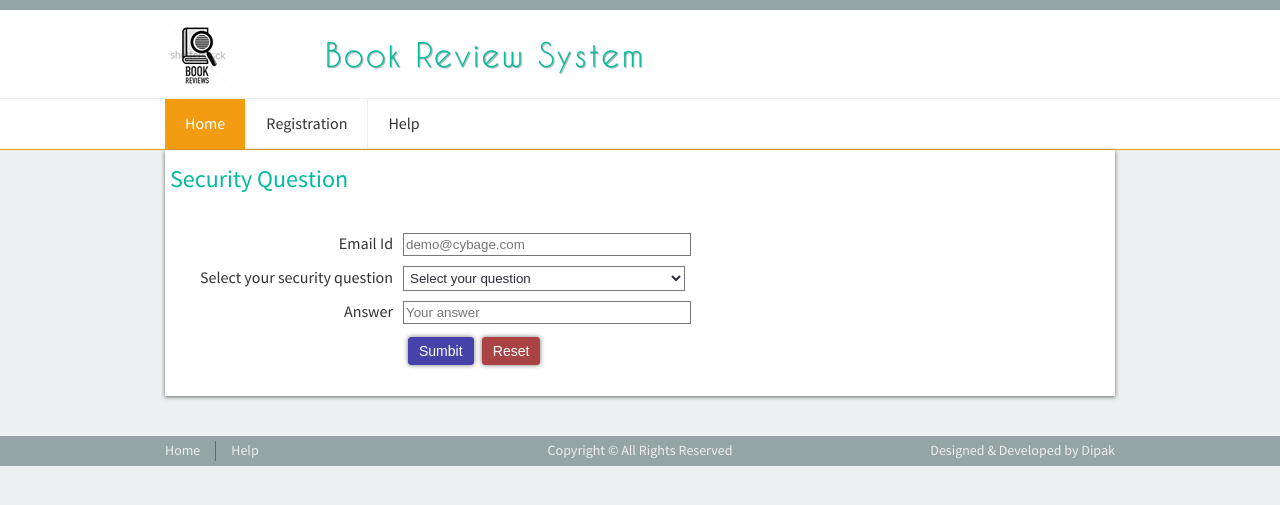
Repository: dipaksh/MyMiniProject
Page: http://localhost/BookReviewSystem/resetpassword.jsp
These files come from the project's save history. The page is drawn as it stood at one moment and after the next save; the edit follows.
The browser window is 1280 px wide. The pictures show the whole page.
The page is served by Tomcat 9. Other server files are loaded and not shown.

Above is the page before, as saved 2016-09-20 13:38:12.

### LastDayDestiny/BookReviewSystem/WebContent/resetpassword.jsp

<!DOCTYPE html PUBLIC "-//W3C//DTD XHTML 1.0 Transitional//EN" "http://www.w3.org/TR/xhtml1/DTD/xhtml1-transitional.dtd">
<html xmlns="http://www.w3.org/1999/xhtml">

	<head>
		<meta content="text/html; charset=utf-8" http-equiv="Content-Type" />

		<title>Book Review System</title>
		<link rel="stylesheet" type="text/css" href="css/960_24_col.css" />
		<link rel="stylesheet" type="text/css" href="css/fonts.css" charset="utf-8" />
		<link href="css/validationEngine.jquery.css" rel="stylesheet" type="text/css" />
		<link rel="stylesheet" type="text/css" href="css/style.css" />
		<link rel="stylesheet" type="text/css" href="css/forms.css" />
		<script type="text/javascript" src="js/jquery-1.8.3.min.js"></script>
		<script src="js/jquery-ui-1.9.2.custom.min.js" type="text/javascript"></script>
		<script src="js/jquery.validationEngine.js" type="text/javascript"></script>
		<script src="js/jquery.validationEngine-en.js" type="text/javascript"></script>
		<script type="text/javascript" src="js/jquery.bxslider.min.js"></script>
		<script type="text/javascript" src="js/jquery.prettyPhoto.js"></script>
		<script type="text/javascript" src="js/custom.js"></script>
		<script type="text/javascript">
		var relTag = "home";
		</script>
	</head>
<body>
	<!-- HEADER START -->
	<div class="header">
	<div class="dark-nav">
			<div class="container_24">
				<div class="grid_12">
					<ul class="nav-alt">
					<li>

						<a href=""><b></b></a>
					</ul>
				</div>
				<div class="grid_12">

				</div>
				<div class="clear"></div>
			</div>
		</div>

		<div class="container_24">
			<div class="grid_4">
				<img alt="logo" src="images/bookreview.png" class="img-logo" />
			</div>
			<div class="grid_20">
				<h1 class="title">Book Review System</h1>
			</div>
			<div class="clear"></div>
		</div>

		<div class="nav-main-container">
			<div class="container_24">
				<div class="grid_24">
					<ul id="topmenunav" class="nav-main">
						<li><a rel="home" href=""index.jsp"">Home</a></li>
						<li><a rel="citizen" href="registration.jsp">Registration</a></li>
						<li><a rel="help" href="help.html">Help</a></li>
					</ul>
				</div>
				<div class="clear"></div>
			</div>
		</div>
	</div>
	<!-- HEADER END -->


	<!-- CONTENTS START -->
	<div class="container_24">
		<div class="grid_24">
			<div class="contents">

			<div class="grid_18 omega">
						 &nbsp;&nbsp;<h2>Security Question</h2>
							<div class="padding_20 text-justify">
								<form id="frmMain" class="frmMain" action="ResetPasswordServlet" method="post">
									<table class="form-table" style="width:auto">
									<tr>
											<th>
												Email Id
											</th>
											<td>
												<input id="email" type="text"  class="validate[required]" name="email" style="width:120%" placeholder="demo@cybage.com" value="" onChange="verifyemailid()" />

											</td>

										</tr>

										<tr>
											<th>
												Select your security question
											</th>

											<td>
													<select id="Select3" class="validate[required]"  style="width:120%" name="selectsecquestion">
														<option value="">Select your question</option>
														<option value="nick name">What is your nick name?</option>
                                              			<option value="schoolname">What is your primary school name?</option>
                                                  		<option value="grandfathername">What is your grand father name?</option>
                                                  		<option value="firstmobileno">What is your first mobile number?</option>

		                         				</select>
											</td>

										</tr>
										<tr>
											<th>
												Answer
											</th>
											<td>
												<input id="answer" type="text"  class="validate[required]" name="answer" style="width:120%" placeholder="Your answer" value=""  />
											</td>

										</tr>
										<tr>
											<th>
												&nbsp;
											</th>
											<td>
												<input id="Submit1" type="submit" value="Sumbit"  />
												<input id="Reset1" type="reset" value="Reset" onclick="this.form.clear();" />
											</td>
										</tr>
									</table>
								</form>
							</div>
						</div>

					<div class="clear"></div>
					</div>
				</div>
			</div>

				<div class="clear"></div>
				<div class="padding_20 text-justify">

				</div>

		</div>
	</div>
	<!-- CONTENTS END -->



	<!-- FOOTER START -->
	<div class="dark-nav footer">
		<div class="container_24">
			<div class="grid_8">
				<ul class="nav-alt">
					<li><a href=""index.jsp"">Home</a></li>
					<li><a href="#">Help</a></li>
				</ul>
			</div>
			<div class="grid_8">
				<div class="text-center">Copyright &copy; All Rights Reserved</div>
			</div>
			<div class="grid_8">
				<div class="text-right">Designed &amp; Developed by Dipak</div>
			</div>
			<div class="clear"></div>
		</div>
	</div>
	<!-- FOOTER START -->


</body>

</html>

### LastDayDestiny/BookReviewSystem/WebContent/css/fonts.css
@font-face {
    font-family: 'entypo';
    src: url('../fonts/entypo.eot');
    src: url('../fonts/entypo.eot?#iefix') format('embedded-opentype'),
         url('../fonts/entypo.woff') format('woff'),
         url('../fonts/entypo.ttf') format('truetype'),
         url('../fonts/entypo.svg#entypo') format('svg');
    font-weight: normal!important;
    font-style: normal!important;
}

@font-face {
    font-family: 'source_sans_proregular';
    src: url('../fonts/sourcesanspro-regular-webfont.eot');
    src: url('../fonts/sourcesanspro-regular-webfont.eot?#iefix') format('embedded-opentype'),
         url('../fonts/sourcesanspro-regular-webfont.woff') format('woff'),
         url('../fonts/sourcesanspro-regular-webfont.ttf') format('truetype'),
         url('../fonts/sourcesanspro-regular-webfont.svg#source_sans_proregular') format('svg');
    font-weight: normal;
    font-style: normal;

}

@font-face {
    font-family: 'caviar_dreamsregular';
    src: url('../fonts/CaviarDreams-webfont.eot');
    src: url('../fonts/CaviarDreams-webfont.eot?#iefix') format('embedded-opentype'),
         url('../fonts/CaviarDreams-webfont.woff') format('woff'),
         url('../fonts/CaviarDreams-webfont.ttf') format('truetype'),
         url('../fonts/CaviarDreams-webfont.svg#caviar_dreamsregular') format('svg');
    font-weight: normal;
    font-style: normal;

}

### LastDayDestiny/BookReviewSystem/WebContent/css/validationEngine.jquery.css



/* Z-INDEX */
 .formError { z-index: 990; }
    .formError .formErrorContent { z-index: 991; }
    .formError .formErrorArrow { z-index: 996; }

    .ui-dialog .formError { z-index: 5000; }
    .ui-dialog .formError .formErrorContent { z-index: 5001; }
    .ui-dialog .formError .formErrorArrow { z-index: 5006; }




.inputContainer {
	position: relative;
	float: left;
}

.formError {
	position: absolute;
	top: 300px;
	left: 300px;
	display: block;
	cursor: pointer;
	text-align: left;
}

.formError.inline {
	position: relative;
	top: 0;
	left: 0;
	display: inline-block;
}

.ajaxSubmit {
	padding: 20px;
	background: #55ea55;
	border: 1px solid #999;
	display: none;
}

.formError .formErrorContent {
	width: 100%;
	background: #ac193d;
	position:relative;
	color: #fff;
	min-width: 120px;
	font-size: 11px;
	border: 1px solid #ddd;
	box-shadow: 0 0 3px #000;
	-moz-box-shadow: 0 0 3px #000;
	-webkit-box-shadow: 0 0 3px #000;
	-o-box-shadow: 0 0 3px #000;
	padding: 4px 10px 4px 10px;
	border-radius: 3px;
	-moz-border-radius: 3px;
	-webkit-border-radius: 3px;
	-o-border-radius: 3px;
}

.formError.inline .formErrorContent {
	box-shadow: none;
	-moz-box-shadow: none;
	-webkit-box-shadow: none;
	-o-box-shadow: none;
	border: none;
	border-radius: 0;
	-moz-border-radius: 0;
	-webkit-border-radius: 0;
	-o-border-radius: 0;
}

.greenPopup .formErrorContent {
	background: #33be40;
}

.blackPopup .formErrorContent {
	background: #393939;
	color: #FFF;
}

.formError .formErrorArrow {
	width: 15px;
	margin: -2px 0 0 13px;
	position:relative;
}
body[dir=rtl] .formError .formErrorArrow, body.rtl .formError .formErrorArrow {
	margin: -2px 13px 0 0;
}

.formError .formErrorArrowBottom {
	box-shadow: none;
	-moz-box-shadow: none;
	-webkit-box-shadow: none;
	-o-box-shadow: none;
	margin: 0px 0 0 12px;
	top:2px;
}

.formError .formErrorArrow div {
	border-left: 2px solid #ddd;
	border-right: 2px solid #ddd;
	box-shadow: 0 2px 3px #444;
	-moz-box-shadow: 0 2px 3px #444;
	-webkit-box-shadow: 0 2px 3px #444;
	-o-box-shadow: 0 2px 3px #444;
	font-size: 0px;
	height: 1px;
	background: #ac193d;
	margin: 0 auto;
	line-height: 0;
	font-size: 0;
	display: block;
}

.formError .formErrorArrowBottom div {
	box-shadow: none;
	-moz-box-shadow: none;
	-webkit-box-shadow: none;
	-o-box-shadow: none;
}

.greenPopup .formErrorArrow div {
	background: #33be40;
}

.blackPopup .formErrorArrow div {
	background: #393939;
	color: #FFF;
}

.formError .formErrorArrow .line10 {
	width: 15px;
	border: none;
}

.formError .formErrorArrow .line9 {
	width: 13px;
	border: none;
}

.formError .formErrorArrow .line8 {
	width: 11px;
}

.formError .formErrorArrow .line7 {
	width: 9px;
}

.formError .formErrorArrow .line6 {
	width: 7px;
}

.formError .formErrorArrow .line5 {
	width: 5px;
}

.formError .formErrorArrow .line4 {
	width: 3px;
}

.formError .formErrorArrow .line3 {
	width: 1px;
	border-left: 2px solid #ddd;
	border-right: 2px solid #ddd;
	border-bottom: 0 solid #ddd;
}

.formError .formErrorArrow .line2 {
	width: 3px;
	border: none;
	background: #ddd;
}

.formError .formErrorArrow .line1 {
	width: 1px;
	border: none;
	background: #ddd;
}

### LastDayDestiny/BookReviewSystem/WebContent/css/style.css
.test
{
	background-color:#ccc;
}

body{
	background-color:#ecf0f1;
	font-family: 'source_sans_proregular';
	font-size:16px;
	line-height:20px;
	margin:0;
	color:#333;
}

a
{
	color:#e67e22;
	text-decoration: none;
	-webkit-transition: all 200ms ease-in;
    -o-transition: all 200ms ease-in;
    -moz-transition: all 200ms ease-in;
}
a:hover
{
	color:#00bc9d;
}
a img {
	border: 0;
}

p{
	margin-top:0;
	margin-bottom:10px;
	text-align:justify;
}
hr
{
	margin:5px 0;
	border-color:#ccc;
	border-right:0 none;
	border-width:1px 0 0;
	border-style:solid;
	box-sizing:content-box;
	-moz-box-sizing:content-box;
}

h1{
	font-family: 'caviar_dreamsregular';
	font-size:32px;
	letter-spacing:2px;
	color:#00bc9d;
	font-weight:normal;
}
h2{
	font-size:24px;
	color:#00bc9d;
	font-weight:normal;
	margin-top:0;
}
h3{
	font-size:18px;
	font-weight:normal;
	margin-top:0;
	margin-bottom:0;
}
h4{
	color:#00bc9d;
	font-size:18px;
	font-weight:normal;
	margin-top:0;
	margin-bottom:0;

}
h5
{
	font-size:20px;
	color:#00bc9d;
	font-weight:normal;
	margin-top:0;

}
h6
{
	font-size:16px;
	color:#f39c11;
	font-weight:normal;
	margin:0 5px 0 0;
	padding:0;
	display:inline-block;
}


h7
{
	font-size:16px;
	color:#00bc9d;
	font-weight:normal;
	margin-top:0;

}


.icon
{
	font-family: 'entypo';
	line-height:0;
	font-size:30px;
	margin:0 5px 0 5px;
}


.icon-link
{
	position:relative;
}
.icon-link .icon
{
	position:absolute;
	float:right;
	top:2px;
}


/* HEADER */
.header{
	background-color:#fff;
	border-bottom:1px solid #f39c12;
}


.dark-nav{
	background-color:#95a5a6;
	padding:5px 0;
	color:#eee;
}

.dark-nav input[type=button],
.dark-nav input[type=submit]
{
	padding:1px 5px;
	margin:0;
}


.nav-alt{
	list-style-type:none;
	margin:0;
	padding:0;
	font-size:14px;
}
.nav-alt li{
	float:left;
	margin:0;
	padding:0 15px;
	border-left:1px solid #53705b;
}
.nav-alt li:first-child{
	padding-left:0;
	border-left:0;
}
.nav-alt li a{
	color:#eee;
}
.nav-alt li a:hover{
	color:#fff;
}


.img-logo{
	margin:5px 0;
}
.title{
	margin-top:35px;
	-webkit-text-shadow: 1px 1px 1px #95a5a6;
	-moz-text-shadow: 1px 1px 1px #95a5a6;
	text-shadow: 1px 1px 1px #95a5a6;
}


/* MAIN MENU */
.nav-main-container{
	border-top:1px solid #ecf0f1;
}
.nav-main,
.nav-main ul{
	list-style-type:none;
	margin:0;
	padding:0;
}
.nav-main li{
	float:left;
	margin:0;
	padding:0;
	border-left:1px solid #ecf0f1;
	position:relative;
}
.nav-main li:first-child{
	border-left:0;
}
.nav-main li a{
	color:#333;
	padding:15px 20px;
	display:block;
}
.nav-main li:hover,
.nav-main li.active,
.nav-main li.active a,
.nav-main li:hover a{
	color:#fff;
	background-color:#f39c12;
}
.nav-main ul{
	z-index:9999;
	position:absolute;
	left:0;
	top: 50px;
	display: none;
	background-color: #f39c12;
	/*width: 160px;*/
}
.nav-main li li{
	border-left: 0;
	border-bottom: 1px solid #ecf0f1;
	width: 165px;
}
.nav-main li li:hover,
.nav-main li li:hover a{
	background-color:#e67e22;
}
.nav-main li:hover ul{
	display: block;
}
.nav-main .icon
{
	display:block;
	float:right;
	margin:3px 0 0 7px;
}



/* CONTENTS */
.contents{
	background-color:#fff;
	-webkit-box-shadow: 0px 1px 4px #666;
	-moz-box-shadow: 0px 1px 4px #666;
	box-shadow: 0px 1px 4px #666;
}


/* ACCORDION & SIDEBAR & NEWS-TICKER */
.nav-sidebar
{
	background-color:#ecf0f1;
}
.accordion
{
}
.nav-sidebar ul
{
	list-style-type:none;
	margin:0;
	padding:0;
}
.ui-accordion .ui-accordion-header
{
	padding:12px 10px;
	display:block;
	background-color:#6ba4e7;
	color:#fff;
	cursor: pointer;
	position: relative;
	zoom: 1;
	margin-bottom:1px;
}
.ui-accordion .ui-accordion-content
{
	background-color:#ecf0f1;
	padding:10px;
	zoom: 1;
	margin-bottom:1px;
}
.nav-sidebar h3
{
	padding:12px 10px;
	display:block;
	background-color:#6ba4e7;
	color:#fff;
	cursor: pointer;
	position: relative;
	zoom: 1;
	margin-bottom:1px;
}

.nav-sidebar li
{
	padding:10px;
	border-top:1px solid #fff;
}
.nav-sidebar li:first-child
{
	border:0;
}
.nav-sidebar li a
{
	color:#333;
}
.nav-sidebar li.active a,
.nav-sidebar li a:hover
{
	color:#e67e22;
}
.ui-accordion.nav-sidebar .ui-accordion-content
{
	padding:0px;
}
.news-ticker
{
}
.news-ticker .icon
{
	color:#fd5760;
	display:block;
	float:left;
	font-size:50px;
	margin:2px 5px 0 0px;
	padding-bottom:20px;
}
.news-ticker1
{
}
.news-ticker1 .icon
{
	color:#fd5760;
	//display:block;
	float:left;
	font-size:30px;
	margin:0px 0px 0 0px;
	padding-bottom:20px;
}

.bx-wrapper
{
	margin-top:-1px!important;
}


/* TABS */
.tabs-container
{
}
.tabs,
.tabs ul
{
	list-style-type:none;
	margin:0;
	padding:0;
	display:block;
	width:100%;
}
.tabs li
{
	float:left;
	background-color:#ecf0f1;
	margin-right:1px;
}
.tabs li a
{
	color:#333;
	display:block;
	padding:10px 20px;
}
.tabs .ui-state-hover,
.tabs .ui-state-hover a,
.tabs .ui-state-active,
.tabs .ui-state-active a
{
	color:#fff;
	background-color:#6ba5e7;
}
.tabs-contents
{
	border:1px solid #ecf0f1;
	padding:10px;
}


/* SLIDER */
.slider-container{
	background-color:#7f8c8d;
	padding:20px 0;
}
.slider{
	position: relative;
    overflow: hidden;
}
.slider .icon
{
	display:block;
	float:right;
	margin:3px 0 0 7px;
}

ul.slider,
.slider ul{
	list-style-type:none;
	margin:0;
	padding:0;
}
.slider li{
	float:left;
	background-color:#fff;
	padding:5px 5px 0 5px;
	-webkit-box-shadow: 0px 0px 4px #000;
	-moz-box-shadow: 0px 0px 4px #000;
	box-shadow: 0px 0px 4px #000;

}
.slider img{
	width:150px;
	height:120px;
}
.slider-left,
.slider-right{
	font-family: 'entypo';
	font-size:50px;
	display:block;
	text-align:center;
	width:42px;
	height:42px;
	cursor:default;
	margin-top:40px;
	padding:1px;
	background-color:#fff;
}
.slider-right{
	margin-left:-13px;
}
.slider-left a,
.slider-right a{
	color:#f39c12;
}

.slider-left img,
.slider-right img{
	margin-top:40px;
}



/* FOOTER */
.footer{
	font-size:14px;
}



/* HELPERS */
.table11{
	border-collapse:collapse;
	border-spacing:0;
	border-color:#ecf0f1;
	margin-bottom:5px;
}



.table11 th{
	background-color:#ecf0f1;
	text-align:center;
	border:1px solid #cfd6d8;
}

.table11 td{

	padding:5px;
	border:1px solid #cfd6d8;
}

.table11 b1{


	border:1px solid #000000;

}


.text-indent{
	text-indent: 20px;
}
.text-right{
	text-align:right;
}
.text-center{
	text-align:center;
}
.text-justify{
	text-align:justify;
}
.padding_20{
	padding:20px;
}
.float-right{
	float:right;
}


#results{
/*font: 12px Arial, Helvetica, sans-serif;
width: 400px;
margin-left: auto;
margin-right: auto;*/
}
#results .loading-indication{
	background:#FFFFFF;
	padding:10px;
	position: absolute;
}
.paginate {
	padding: 0px;
	margin: 0px;
	height: 30px;
	display: block;
	text-align: center;
}
.paginate li {
	display: inline-block;
	list-style: none;
	padding: 0px;
	margin-right: 1px;
	width: 30px;
	text-align: center;
	background:#666666;
	line-height: 25px;
}
.paginate .active {
	display: inline-block;
	list-style: none;
	padding: 0px;
	margin-right: 1px;
	width: 30px;
	text-align: center;
	line-height: 25px;
	background-color:  #4CC2AF;
}
.paginate li a{
	color:#FFFFFF;
	text-decoration:none;
}
.page_result{
	padding: 0px;
}
.page_result li{
	background: #E4E4E4;
	margin-bottom: 5px;
	padding: 10px;
	font-size: 12px;
	list-style: none;
}
.page_result .page_name {
font-size: 14px;
font-weight: bold;
margin-right: 5px;
}




.hide{
	/*visibility:hidden;*/
	display:none;
}
.show{
	/*visibility:visible;*/
	display:inline-block;
}
tr.show{
	display:table-row;
}

### LastDayDestiny/BookReviewSystem/WebContent/css/forms.css
form, fieldset, legend{margin:0; padding:0; border:none;}
legend{display:none;}

input[type=text], input[type=password], input[type=file], select, textarea
{
	background-color:#fff;
	color:#2c2d36;
	border:1px #777 solid;
	padding:3px 2px;
	width:100%;
}
textarea{
	resize:none;
}

input.txtDatePicker{
	background-image:url('../images/calendar.png');
	background-repeat:no-repeat;
	background-position:right 5px;
}


input[type=button], input[type=submit], .btn-main
{
	cursor:pointer;
	border:0;
	font-size:14px;
	color:#fff;
	background-color:#4543aa;
	text-align:center;
	padding:5px 10px;
	margin:0px 5px 0 5px;
    text-decoration:none;
    -webkit-transition: all 200ms ease-in;
    -o-transition: all 200ms ease-in;
    -moz-transition: all 200ms ease-in;
    border:1px solid #4543aa;
    -webkit-border-radius: 3px;
    border-radius: 3px;
    -webkit-box-shadow:0px 0px 5px #777;
	-moz-box-shadow:0px 0px 5px #777;
	box-shadow:0px 0px 5px #777;
}

input[type=button]:hover, input[type=submit]:hover, .btn-main:hover
{
	color:#4543aa;
	background-color:#fff;
}

input[type=reset], input.reset, .btn-reset
{
	cursor:pointer;
	border:0;
	font-size:14px;
	color:#fff;
	background-color:#aa4344;
	text-align:center;
	padding:5px 10px;
	margin:3px 5px 2px 0;
    text-decoration:none;
    -webkit-transition: all 200ms ease-in;
    -o-transition: all 200ms ease-in;
    -moz-transition: all 200ms ease-in;
    border:1px solid #aa4344;
    -webkit-border-radius: 3px;
    border-radius: 3px;
    -webkit-box-shadow:0px 0px 5px #777;
	-moz-box-shadow:0px 0px 5px #777;
	box-shadow:0px 0px 5px #777;
}
input[type=reset]:hover, input.reset:hover, .btn-reset:hover
{
	color:#aa4344;
	background-color:#fff;
}

input[type=radio], input[type=checkbox]
{
	vertical-align:middle;
	margin-top:-1px;
	margin-right:4px;
}
label
{
  font-weight:normal;
  margin-top:5px;
}

.shadow_red{
	box-shadow:0 0 4px #ac193d;
	-moz-box-shadow:0 0 4px #ac193d;
	-webkit-box-shadow:0 0 4px #ac193d;
	-o-box-shadow:0 0 4px #ac193d;
	border:1px #ac193d solid!important;
}
.shadow_none{
	box-shadow: none;
	-moz-box-shadow: none;
	-webkit-box-shadow: none;
	-o-box-shadow: none;
	border:1px #777 solid;
}

.form-table
{
	width:100%;
	border:0;
}
.form-table td,
.form-table th
{
	padding-bottom:7px;
}
.form-table th
{
	font-weight:normal;
	width:200px;
	text-align:right;
	padding-right:7px;
}

Loaded but not shown: LastDayDestiny/BookReviewSystem/WebContent/js/jquery-1.8.3.min.js (library); LastDayDestiny/BookReviewSystem/WebContent/js/jquery-ui-1.9.2.custom.min.js (library); LastDayDestiny/BookReviewSystem/WebContent/js/jquery.validationEngine.js (library); LastDayDestiny/BookReviewSystem/WebContent/js/jquery.validationEngine-en.js (library); LastDayDestiny/BookReviewSystem/WebContent/js/jquery.bxslider.min.js (library); LastDayDestiny/BookReviewSystem/WebContent/js/jquery.prettyPhoto.js (library); LastDayDestiny/BookReviewSystem/WebContent/js/custom.js (106 lines, source omitted); LastDayDestiny/BookReviewSystem/WebContent/css/960_24_col.css (621 lines, source omitted)

After the next save:
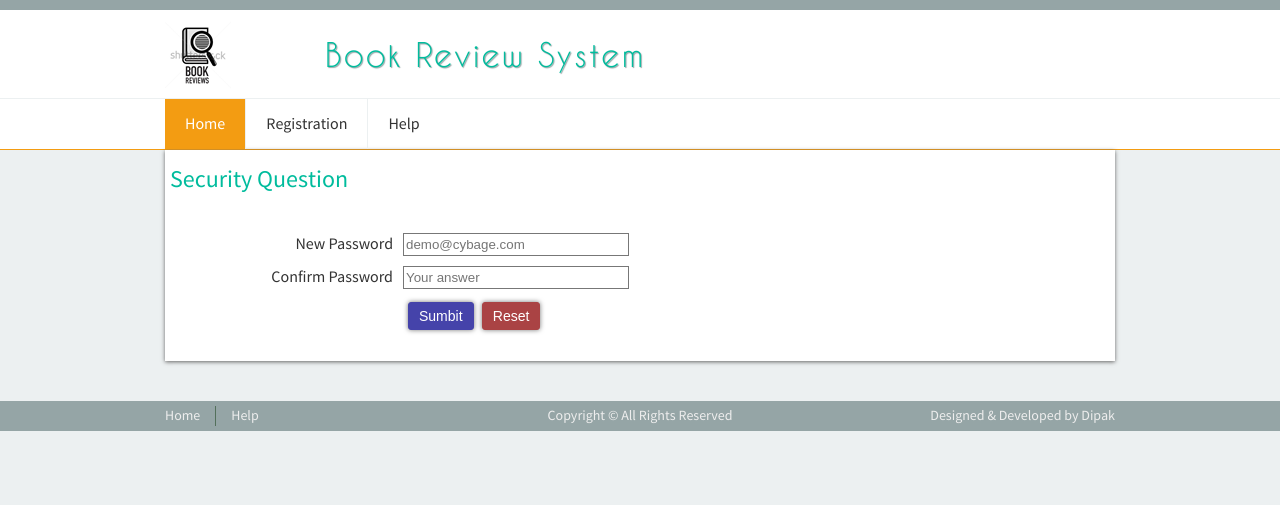
Saved 39 s later.
--- a/LastDayDestiny/BookReviewSystem/WebContent/resetpassword.jsp
+++ b/LastDayDestiny/BookReviewSystem/WebContent/resetpassword.jsp
@@ -79,7 +79,7 @@
 									<table class="form-table" style="width:auto">
 									<tr>
 											<th>
-												Email Id
+												New Password
 											</th>
 											<td>
 												<input id="email" type="text"  class="validate[required]" name="email" style="width:120%" placeholder="demo@cybage.com" value="" onChange="verifyemailid()" />
@@ -90,24 +90,7 @@
 
 										<tr>
 											<th>
-												Select your security question
-											</th>
-
-											<td>
-													<select id="Select3" class="validate[required]"  style="width:120%" name="selectsecquestion">
-														<option value="">Select your question</option>
-														<option value="nick name">What is your nick name?</option>
-                                              			<option value="schoolname">What is your primary school name?</option>
-                                                  		<option value="grandfathername">What is your grand father name?</option>
-                                                  		<option value="firstmobileno">What is your first mobile number?</option>
-
-		                         				</select>
-											</td>
-
-										</tr>
-										<tr>
-											<th>
-												Answer
+												Confirm Password
 											</th>
 											<td>
 												<input id="answer" type="text"  class="validate[required]" name="answer" style="width:120%" placeholder="Your answer" value=""  />
